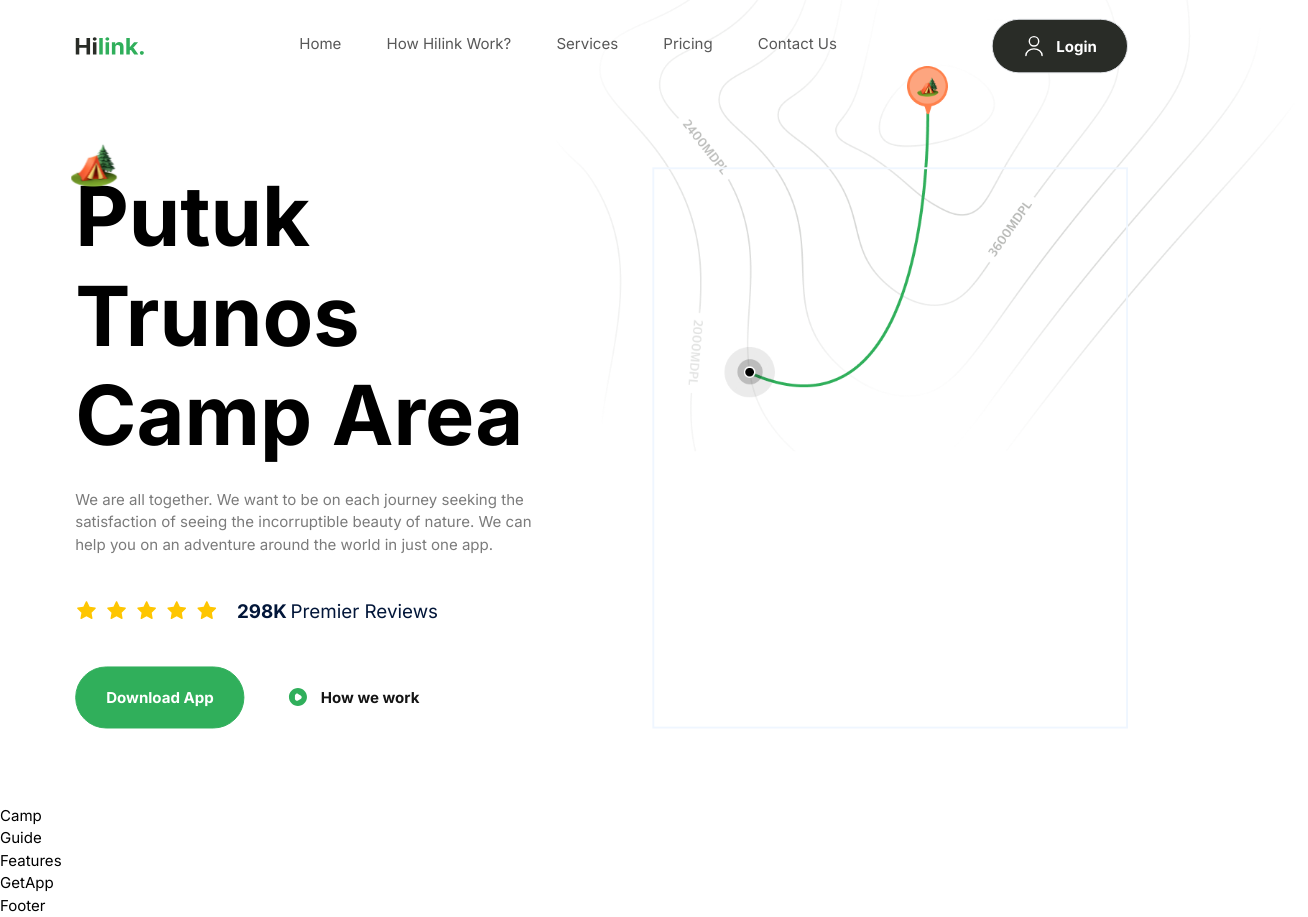
Repository: SouthpawC0der/Modern-reactsite
Page: /
An editor plug-in stored every save of this project. The page is shown before and after the next save, followed by the edit.
The browser window is 1280 px wide. The page is 1392 px wide, so the pictures cover 1392 px, including what lies to the right of the window. The pictures show the whole page, at 94% of full size.
The project was rebuilt for these pictures with package versions that can differ from the ones it lists, and the page was loaded fresh each time. The framework's server and built-in components were replaced by stand-ins that run in the browser. Also part of the build but not shown: next.config.ts.

Above is the page before, as saved 2025-01-30 11:42:01.

After the next save:
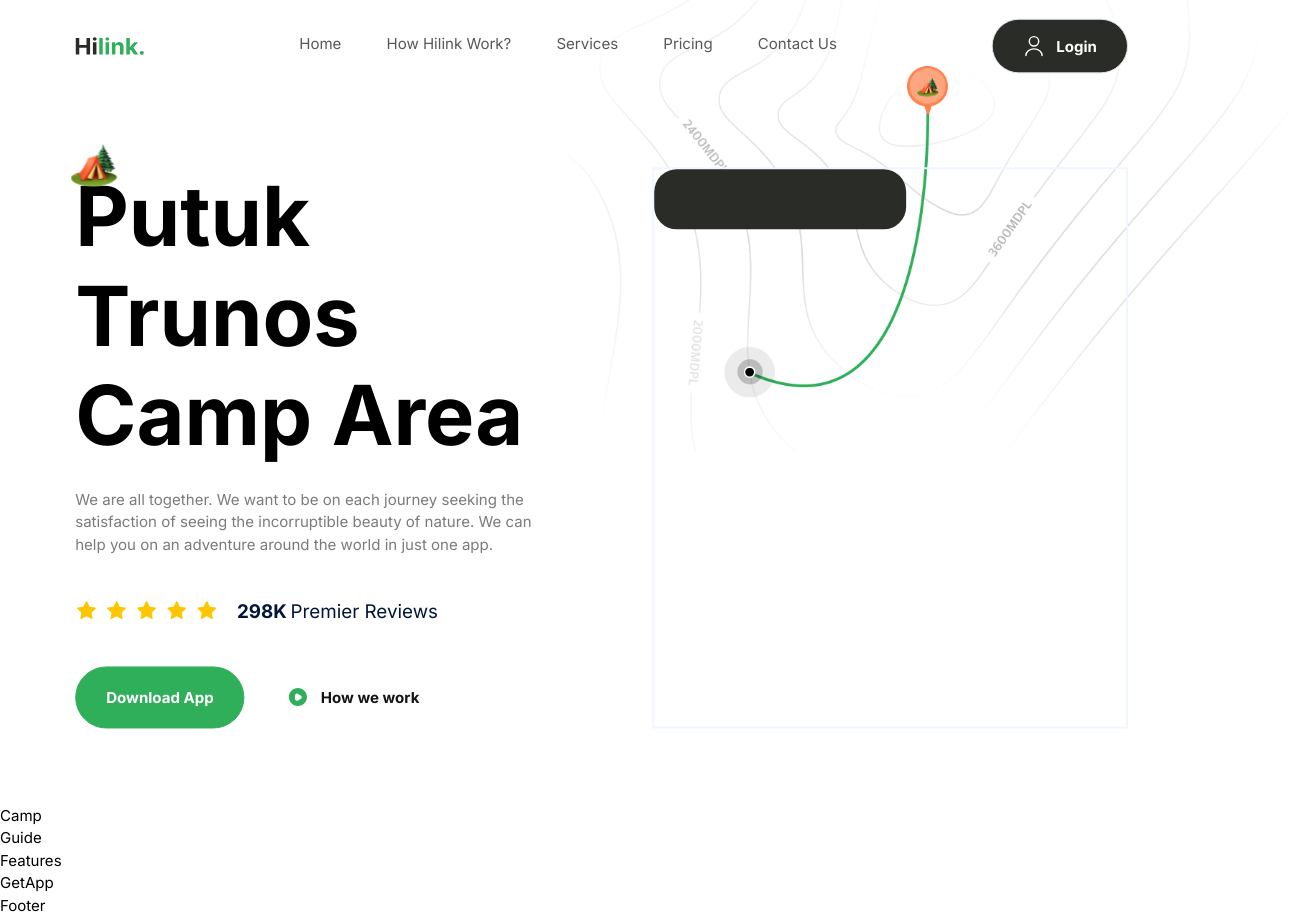
Saved 2 min 1 s later.
--- a/components/Hero.tsx
+++ b/components/Hero.tsx
@@ -56,7 +56,8 @@ const Hero = () => {
         </div>
 
         <div className='relative flex flex-1 items-start border-2 border-blue-50'>
-
+           <div className='relative z-20 w-[268px] flex-col gap-8 rounded-3xl bg-green-90 px-7 py-8'>
+            </div>
         </div>
     </section>
   )
